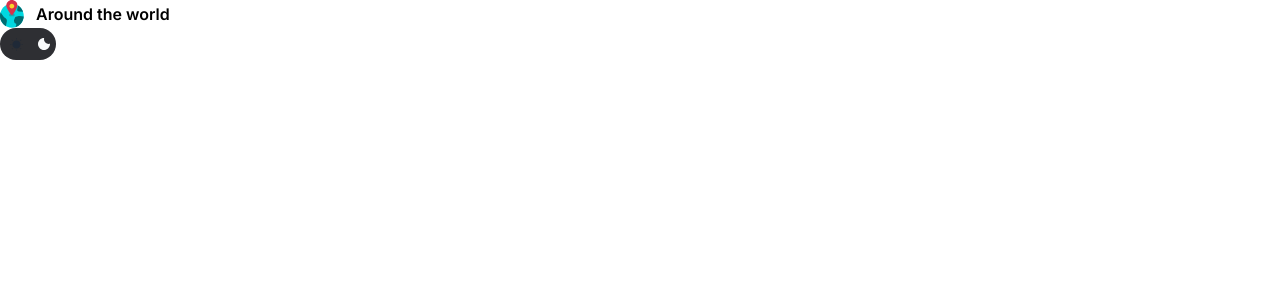
Repository: Baraajad231/Around-the-world
Page: /
An editor plug-in stored every save of this project. The page is shown before and after the next save, followed by the edit.
The browser window is 1280 px wide. The pictures show the whole page.
The project was rebuilt for these pictures with package versions that can differ from the ones it lists, and the page was loaded fresh each time. Also part of the build but not shown: vite.config.js.

Above is the page before, as saved 2026-03-12 04:01:02.

After the next save:
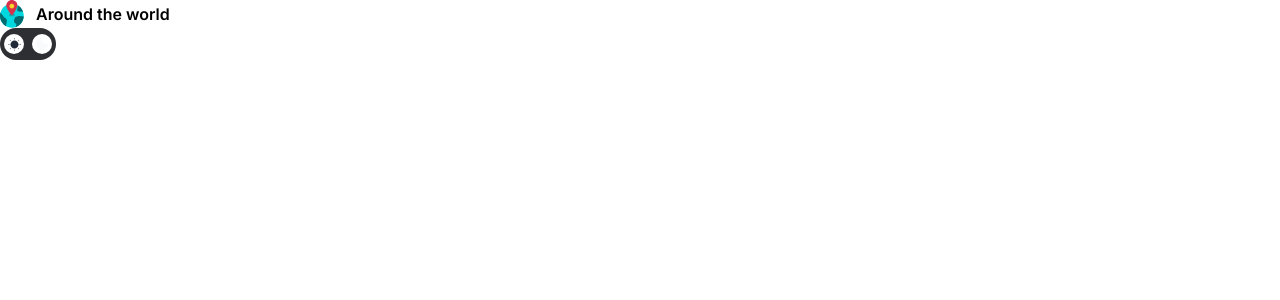
Saved 52 s later.
--- a/src/components/ThemeSwithcer.jsx
+++ b/src/components/ThemeSwithcer.jsx
@@ -7,7 +7,9 @@
   const [theme, setTheme] = useState("light");
   return (
     <div className="flex items-center justify-around w-14 h-8 rounded-full bg-[#2e2f33]  ">
-      <button className={`${activeCircleStyles} ${theme === "light" && "bg-"}`}>
+      <button
+        className={`${activeCircleStyles} ${theme === "light" ? "bg-white" : ""}`}
+      >
         <svg
           className="fill-gray-800 dark:fill-gray-100"
           width="13"
@@ -54,7 +56,9 @@
           />
         </svg>
       </button>
-      <button className={theme !== "light" && activeCircleStyles}>
+      <button
+        className={`${activeCircleStyles} ${theme === "light" ? "bg-white" : ""}`}
+      >
         <svg
           className="fill-white dark:fill-gray-900"
           width="12"
